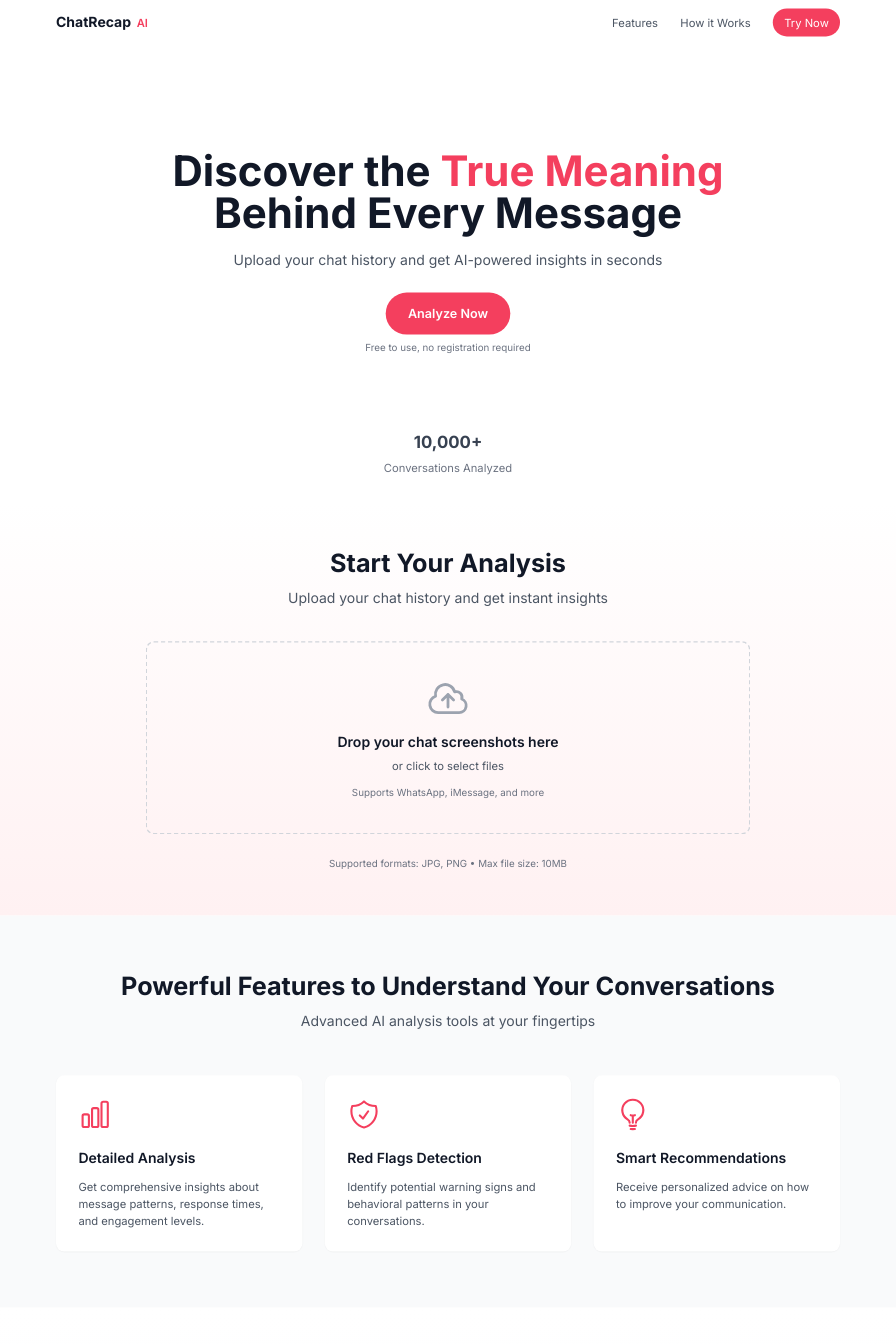
Repository: eurekabot123/chatrecap-ai
Page: /
An editor plug-in stored every save of this project. The page is shown before and after the next save, followed by the edit.
The browser window is 1280 px wide. The pictures show the part of the page from y = 0 to 1920 px (the page is 3617 px tall), at 70% of full size.
The project was rebuilt for these pictures with package versions that can differ from the ones it lists, and the page was loaded fresh each time. The framework's server and built-in components were replaced by stand-ins that run in the browser. Also part of the build but not shown: next.config.ts.

Above is the page before, as saved 2025-01-13 02:09:10.

After the next save:
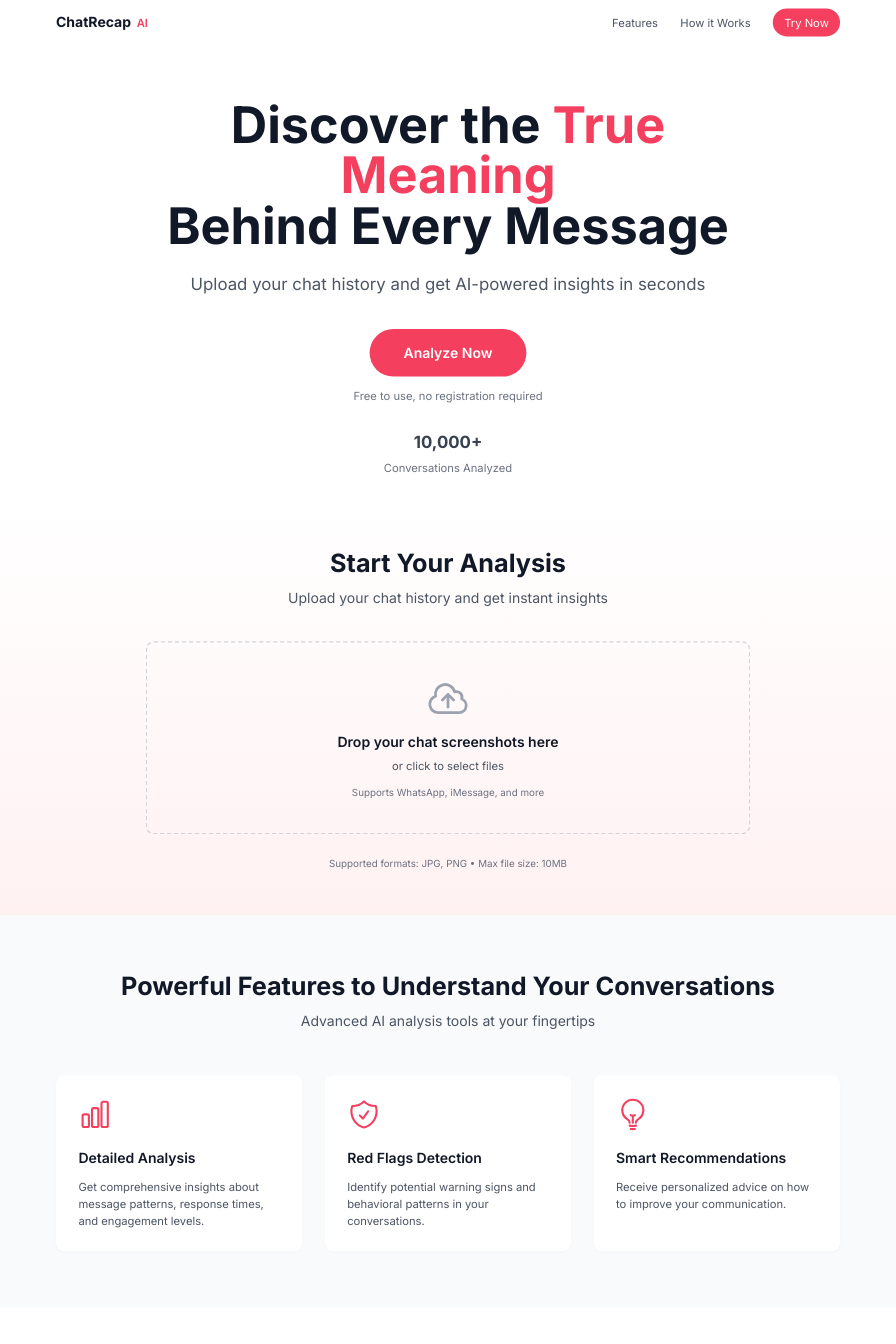
Saved 4 min 24 s later.
--- a/src/app/page.tsx
+++ b/src/app/page.tsx
@@ -6,12 +6,14 @@ import Testimonials from '@/components/home/Testimonials'
 
 export default async function Home() {
   return (
-    <main className="min-h-screen">
-      <Hero />
-      <Upload />
-      <Features />
-      <Demo />
-      <Testimonials />
+    <main className="min-h-screen bg-gradient-to-b from-white via-white to-gray-50">
+      <div className="max-w-7xl mx-auto">
+        <Hero />
+        <Upload />
+        <Features />
+        <Demo />
+        <Testimonials />
+      </div>
     </main>
   )
 }
--- a/src/components/home/Hero.tsx
+++ b/src/components/home/Hero.tsx
@@ -4,13 +4,12 @@ export default function Hero() {
   return (
     <div className="relative min-h-screen flex flex-col items-center justify-center px-4">
       <div className="text-center max-w-4xl">
-        <h1 className="text-4xl md:text-6xl font-bold text-gray-900 leading-tight">
-          Discover the
-          <span className="text-primary-500"> True Meaning </span>
-          Behind Every Message
+        <h1 className="text-5xl md:text-7xl font-bold text-gray-900 leading-tight">
+          <div>Discover the <span className="text-primary-500">True Meaning</span></div>
+          <div>Behind Every Message</div>
         </h1>
 
-        <p className="text-xl text-gray-600 mt-6 mb-8">
+        <p className="text-xl md:text-2xl text-gray-600 mt-8 mb-12">
           Upload your chat history and get AI-powered insights in seconds
         </p>
 
--- a/src/components/home/HeroClient.tsx
+++ b/src/components/home/HeroClient.tsx
@@ -9,10 +9,12 @@ export function HeroActions() {
       animate={{ opacity: 1, y: 0 }}
       transition={{ duration: 0.5, delay: 0.4 }}
     >
-      <button className="bg-primary-500 text-white px-8 py-4 rounded-full text-lg font-semibold hover:bg-primary-600 transition-colors">
+      <button className="bg-primary-500 text-white px-12 py-5 rounded-full text-xl font-semibold hover:bg-primary-600 transition-colors">
         Analyze Now
       </button>
-      <p className="mt-2 text-sm text-gray-500">Free to use, no registration required</p>
+      <p className="mt-4 text-gray-500">
+        Free to use, no registration required
+      </p>
     </motion.div>
   )
 }
